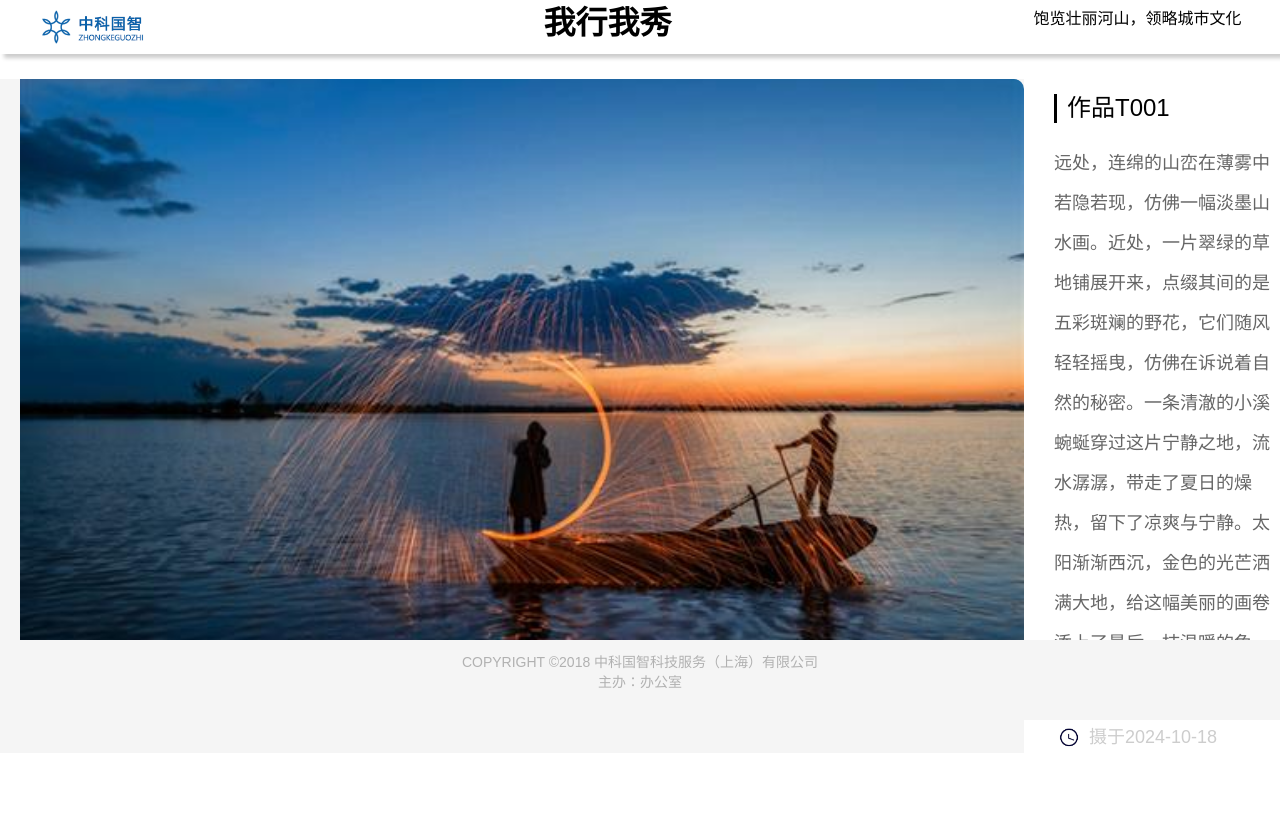
Repository: Scott-9499/zkgzsyds
Page: photo/photo001.html
These files come from the project's save history. The page is drawn as it stood at one moment and after a run of saves; the edit follows.
The browser window is 1280 px wide. The pictures show the whole page.

Above is the page before, as saved 2024-11-25 09:12:37.

After the next 2 saves:
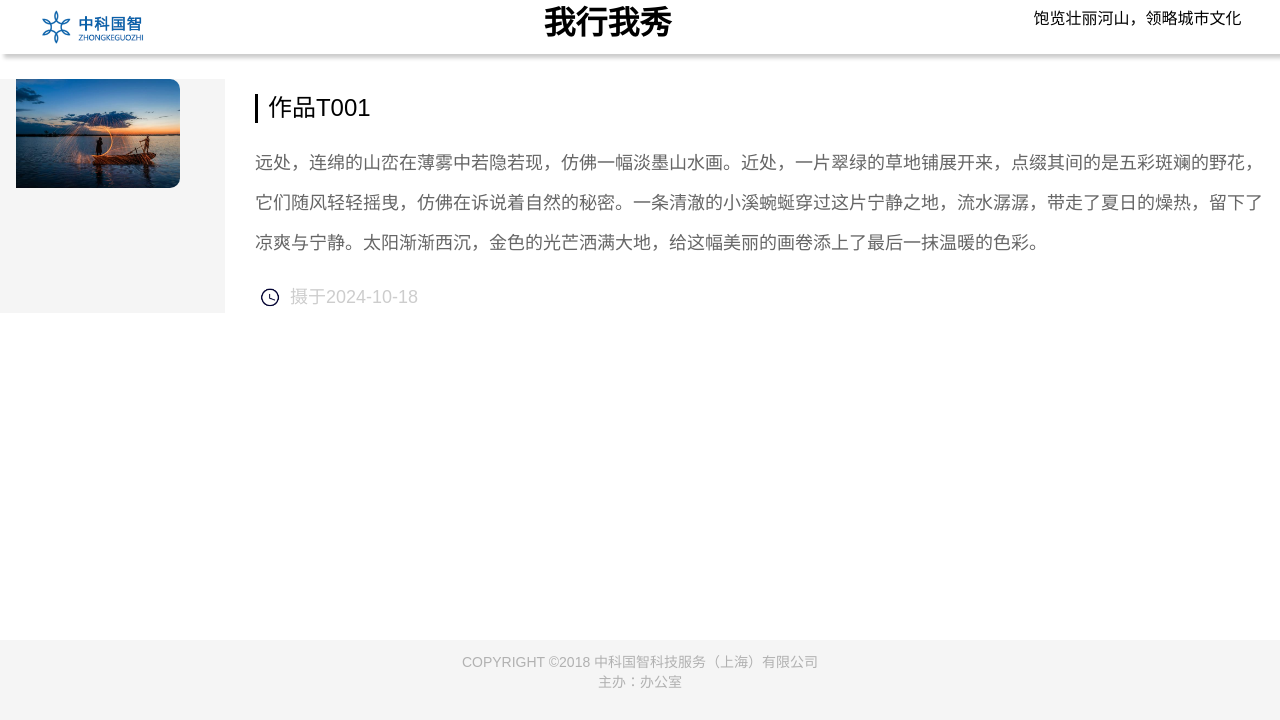
The 2 saves are shown as one change because they came seconds apart.
The last was saved 2 min 0 s later.
--- a/css/style-ph.css
+++ b/css/style-ph.css
@@ -116,9 +116,9 @@
     background-color: whitesmoke;
 }
 .travel-img img{
-    padding-left: 20px;
-    width: 1024px;
-    height: 640px;
+    padding-left: 1rem;
+    max-width: 80%;
+    height: auto;
     border-radius: 10px;
     object-fit: cover;
 }
